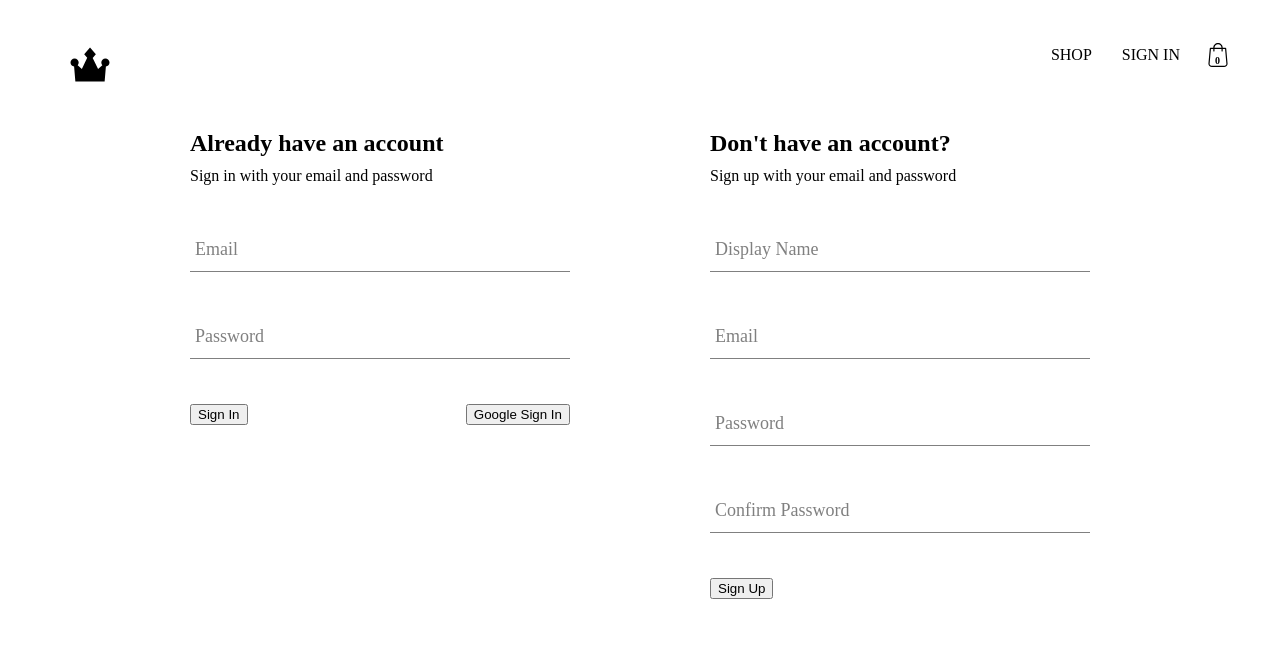
Repository: Chadi2000/crwn-clothing
Page: /auth
The author's editor kept a copy of each file at every save. The page is drawn from the files as they stood at one save, then again after a run of saves.
The browser window is 1280 px wide. The pictures show the whole page.
The page's requests for data from a server got no answer. The project was rebuilt for these pictures with package versions that can differ from the ones it lists, and the page was loaded fresh each time. No one was signed in, and anything a server would have sent is missing. Also part of the build but not shown: src/categories.styles.scss, src/components/directory-item/directory-item.styles.scss, src/components/directory-item/directory-item.component.jsx, src/components/directory/directory.styles.scss, src/components/directory/directory.component.jsx, src/routes/home/home.component.jsx, src/components/cart-dropdown/cart-dropdown.styles.scss, src/components/cart-item/cart-item.styles.scss and 15 more.

Above is the page before, as saved 2024-02-29 11:30:07.

### public/index.html
<!DOCTYPE html>
<html lang="en">
  <head>
    <meta charset="utf-8" />
    <link rel="icon" href="%PUBLIC_URL%/favicon.ico" />
    <meta name="viewport" content="width=device-width, initial-scale=1" />
    <meta name="theme-color" content="#000000" />
    <meta
      name="description"
      content="Web site created using create-react-app"
    />
    <link rel="apple-touch-icon" href="%PUBLIC_URL%/logo192.png" />
    <link rel="preconnect" href="https://fonts.googleapis.com">
    <link rel="preconnect" href="https://fonts.gstatic.com" crossorigin>
    <link
    href="https://fonts.googleapis.com/css2?family=Open+Sans:ital,wght@0,300..800;1,300..800&family=Roboto:wght@300&display=swap"
    rel="stylesheet">
    <!--
      manifest.json provides metadata used when your web app is installed on a
      user's mobile device or desktop. See https://developers.google.com/web/fundamentals/web-app-manifest/
    -->
    <link rel="manifest" href="%PUBLIC_URL%/manifest.json" />
    <!--
      Notice the use of %PUBLIC_URL% in the tags above.
      It will be replaced with the URL of the `public` folder during the build.
      Only files inside the `public` folder can be referenced from the HTML.

      Unlike "/favicon.ico" or "favicon.ico", "%PUBLIC_URL%/favicon.ico" will
      work correctly both with client-side routing and a non-root public URL.
      Learn how to configure a non-root public URL by running `npm run build`.
    -->
    <title>React App</title>
  </head>
  <body>
    <noscript>You need to enable JavaScript to run this app.</noscript>
    <div id="root"></div>
    <!--
      This HTML file is a template.
      If you open it directly in the browser, you will see an empty page.

      You can add webfonts, meta tags, or analytics to this file.
      The build step will place the bundled scripts into the <body> tag.

      To begin the development, run `npm start` or `yarn start`.
      To create a production bundle, use `npm run build` or `yarn build`.
    -->
  </body>
</html>

### src/index.js
import React from 'react';
import ReactDOM from 'react-dom/client';
import './index.scss';
import App from './App';
import reportWebVitals from './reportWebVitals';
import { BrowserRouter } from 'react-router-dom';
import { UserProvider } from './contexts/user.context';
import { CategoriesProvider } from './contexts/categories.context';
import { CartProvider } from './contexts/cart.context';

const root = ReactDOM.createRoot(document.getElementById('root'));
root.render(
  <React.StrictMode>
    <BrowserRouter>
      <UserProvider>
        <CategoriesProvider>
          <CartProvider>
            <App />
          </CartProvider>
        </CategoriesProvider>
      </UserProvider>
    </BrowserRouter>
  </React.StrictMode>
);

// If you want to start measuring performance in your app, pass a function
// to log results (for example: reportWebVitals(console.log))
// or send to an analytics endpoint. Learn more: https://bit.ly/CRA-vitals
reportWebVitals();

### src/index.scss
body {
  margin: 0;
  padding: 20px 40px;
  font-family: 'Open Sans'
    sans-serif;
    font-weight: 300 800;
  font-stretch: 100%;
  font-display: swap;
  -webkit-font-smoothing: antialiased;
  -moz-osx-font-smoothing: grayscale;
}

code {
  font-family: source-code-pro, Menlo, Monaco, Consolas, 'Courier New',
    monospace;
}

a{
  text-decoration: none;
  color: black;
}

* {
  box-sizing: border-box;
}

### src/App.js
import './categories.styles.scss';
import Home from './routes/home/home.component';
import { Routes, Route } from 'react-router-dom';
import Navigation from './routes/navigation/navigation.component';
import Authentication from './routes/authentication/authentication.component';
import Shop from './routes/shop/shop.component';
import Checkout from './routes/checkout/checkout.component';




const App = () => {


 return(
  <Routes>
    <Route path='/' element={<Navigation />}>
      <Route path='/' element={<Home />} />
      <Route path='shop/*' element={<Shop/>} />
      <Route path='/auth' element= {<Authentication />} />
      <Route path='/checkout' element={<Checkout />} />

    </Route>

  </Routes>
 );
}

export default App;

### src/contexts/user.context.jsx
import { createContext, useState, useEffect  } from "react";
import { createUserDocumentFromAuth, onAuthStateChangedListener } from "../utils/firebase/firebase.utils";

//as the actual value you want to access
export const  UserContext = createContext({
    currentUser:null,
    setCurrentUser: () => null
});

export const UserProvider = ({ children}) =>{
    const [currentUser, setCurrentUser] = useState(null);
    const value = {currentUser, setCurrentUser };

    useEffect(()=>{
        const unsubscribe = onAuthStateChangedListener((user) =>{
            if(user){
                createUserDocumentFromAuth(user);
            }
            setCurrentUser(user);
        });

        return unsubscribe;
    },[]);

    return <UserContext.Provider value={value}>
        {children}
    </UserContext.Provider>
}

### src/contexts/categories.context.jsx
import { createContext, useState, useEffect } from "react";
import { getCategoriesAndDocuments } from "../utils/firebase/firebase.utils.js";

import SHOP_DATA from '../shop-data.js'

export const CategoriesContext = createContext({
    categoriesMap:{},
});

export const CategoriesProvider = ({children}) =>{
    const [categoriesMap, setCategoriesMap] = useState({});

    useEffect(()=>{
        const getCategoriesMap = async () =>{
            const categoryMap = await getCategoriesAndDocuments();
            console.log(categoryMap)
            setCategoriesMap(categoryMap);
        }
        getCategoriesMap();
    },[])

    const value = {categoriesMap};
    return (

        <CategoriesContext.Provider value={value}>
            {children}
        </CategoriesContext.Provider>
    )
}

### src/contexts/cart.context.jsx
import { createContext, useState, useEffect } from "react";

const addCartItem= (cartItems, productToAdd) =>{
    const existingCartItem = cartItems.find((cartItem)=>
        cartItem.id === productToAdd.id
    )

    if(existingCartItem){
        return cartItems.map((cartItem) =>
        cartItem.id === productToAdd.id ?
        {...cartItem, quantity: cartItem.quantity + 1}
        : cartItem
        );
    }

    return [ ...cartItems, {...productToAdd, quantity:1}];
}


const clearCartItem= (cartItems, cartItemToClear) =>{
    return cartItems.filter((cartItem)=> cartItem.id !== cartItemToClear.id);

}



const removeCartItem = (cartItems, cartItemToRemove) => {
    const existingCartItem = cartItems.find((cartItem)=>
    cartItem.id === cartItemToRemove.id);

    if(existingCartItem.quantity === 1){
        return cartItems.filter((cartItem)=>
            cartItem.id !== cartItemToRemove.id
        );
    }
    return cartItems.map((cartItem)=>
    cartItem.id === cartItemToRemove.id ?
    {...cartItem, quantity: cartItem.quantity -1}
    : cartItem
)
}

export const CartContext = createContext({
    isCartOpen: false,
    setIsCartOpen: () =>{},
    cartItems:[],
    addItemToCart: () =>{},
    removeItemFromCart: () =>{},
    clearItemFromCart: () =>{},
    cartCount: 0,
    cartTotal:0
})

export const CartProvider = ({children}) =>{
    const [isCartOpen, setIsCartOpen] = useState(false);
    const [cartItems, setCartItems] = useState([]);
    const [cartCount, setCartCount] = useState(0);
    const [cartTotal, setCartTotal] = useState(0);

    useEffect(()=>{
        const newCartCount = cartItems.reduce((total, cartItem)=>
        total+ cartItem.quantity,0)
        setCartCount(newCartCount);
    },[cartItems])

    useEffect(()=>{
        const newCartTotal = cartItems.reduce(
            (total,cartItem)=>total+ cartItem.quantity * cartItem.price,
            0
        );
        setCartTotal(newCartTotal);
    },[cartItems]);

    const addItemToCart = (productToAdd) =>{
        setCartItems(addCartItem(cartItems, productToAdd))
    }

    const removeItemFromCart = (cartItemToRemove) =>{
        setCartItems(removeCartItem(cartItems, cartItemToRemove))
    }

    const clearItemFromCart = (cartItemToClear) =>{
        setCartItems(clearCartItem(cartItems, cartItemToClear));
    }




    const value = {
        isCartOpen,
        setIsCartOpen,
        addItemToCart,
        removeItemFromCart,
        clearItemFromCart,
        cartItems,
        cartCount,
        cartTotal
        }

    return (
        <CartContext.Provider value={value}>
            {children}
        </CartContext.Provider>
    )
}

### src/routes/navigation/navigation.component.jsx
import { Outlet } from "react-router-dom"
import { Fragment, useContext } from "react";
import { ReactComponent as CrwnLogo } from "../../assets/crown.svg";
//import './navigation.styles.jsx';
import { UserContext } from "../../contexts/user.context";
import { CartContext } from "../../contexts/cart.context";
import { signOutUser } from "../../utils/firebase/firebase.utils";
import CartIcon from "../../components/cart-icon/cart-icon.component";
import CartDropdown from "../../components/cart-dropdown/cart-dropdown.component";
import {
  NavigationContainer,
   NavLinksContainer,
    NavLink, LogoContainer } from "./navigation.styles.jsx";

const Navigation = () =>{
  const { currentUser } = useContext(UserContext);
  const { isCartOpen } = useContext(CartContext);

    return (
      <Fragment>
        <NavigationContainer>
            <LogoContainer to='/'>
                <CrwnLogo />
            </LogoContainer>

          <NavLinksContainer >
            <NavLink to='/shop'>
                SHOP
            </NavLink>
            {
              currentUser ? (
                <NavLink as='span' onClick={signOutUser}> SIGN OUT</NavLink>
               ) : (<NavLink to='/auth'>
                SIGN IN
            </NavLink>
              )}
              <CartIcon />
          </NavLinksContainer>
          {isCartOpen && <CartDropdown />}
        </NavigationContainer>
        <Outlet />
      </Fragment>
    )
  }

  export default Navigation;

### src/routes/authentication/authentication.component.jsx
import SignUpForm from "../../components/sign-up-form/sign-up-form.component";
import SignInForm from "../../components/sign-in-form/sign-in-form.component";
import './authentication.styles.scss';


const Authentication  = () => {

    return(
        <div className="authentication-container">
            <SignInForm />
            <SignUpForm />
        </div>
    )
}

export default Authentication;

### src/components/cart-icon/cart-icon.component.jsx
import './cart-icon.styles.scss';
import { useContext } from 'react';
import {ReactComponent as ShoppingIcon} from '../../assets/shopping-bag.svg'
import { CartContext } from '../../contexts/cart.context';

const CartIcon = ()=> {
    const { isCartOpen , setIsCartOpen, cartCount } = useContext( CartContext );


    const toggleIsCartOpen = () => setIsCartOpen(!isCartOpen);


    return (
        <div className='cart-icon-container' onClick={toggleIsCartOpen} >
            <ShoppingIcon className='shopping-icon' />
            <span className='item-count'>{cartCount}</span>
        </div>
    )
}

export default CartIcon;

### src/routes/navigation/navigation.styles.jsx
import styled from "styled-components";
import { Link } from "react-router-dom";

export const NavigationContainer = styled.div`
    height: 70px;
    width: 100%;
    display: flex;
    justify-content: space-between;
    margin-bottom: 25px;
`;

export const LogoContainer = styled(Link)`
    height: 100%;
    width: 70px;
    padding: 25px;
`;

export const NavLinksContainer = styled.div`
    width: 50%;
    height: 100%;
    display: flex;
    align-items: center;
    justify-content: flex-end;
`;

export const NavLink = styled(Link)`
    padding: 10px 15px;
    cursor: pointer;
`;

### src/components/sign-up-form/sign-up-form.component.jsx
import { useState } from "react";
import { createAuthUserWithEmailAndPassword, createUserDocumentFromAuth } from "../../utils/firebase/firebase.utils";
import FormInput from "../form-input/form-input.component";
import './sign-up-form.styles.scss';
import Button from "../button/button.component";

const defaultFormFields ={
    displayName: '',
    email:'',
    password:'',
    confirmPassword: ''
}

const SignUpForm =() =>{

    const [formFields, setFormFields] = useState(defaultFormFields);
    const { displayName, email, password, confirmPassword} = formFields;



    console.log('hit');

    const resetFormFields = () =>{
        setFormFields(defaultFormFields);
    }

    const handleSubmit = async(event) =>{
        event.preventDefault();

        if(password != confirmPassword){
            alert("password do not match");
            return;
        }

        try{
            const {user} = await createAuthUserWithEmailAndPassword(email, password);


            await createUserDocumentFromAuth(user,{ displayName });
            resetFormFields();


        }catch(error){
            if(error.code ==  'auth/email-already-in-use'){
                alert('Cannot create user, email already in use');
            } else{
                console.log('user created encountered an error', error);
            }

        }
    }



    const handlechange = (event) =>{

        setFormFields({...formFields, [event.target.name]:event.target.value})
    }

    return (


        <div className="sign-up-container">
            <h2>Don't have an account?</h2>
            <span>Sign up with your email and password</span>
            <form onSubmit={handleSubmit}>
                <FormInput
                label="Display Name"
                inputOptions = {{
                    type:"text",
                    required:true,
                    onChange:handlechange,
                    name:"displayName",
                    value : displayName,
                    }}
                     />

                <FormInput
                label="Email"
                inputOptions = {{
                    type:"email",
                    required:true,
                    onChange:handlechange,
                    name:"email",
                    value : email,
                    }}
                     />

                <FormInput
                label="Password"
                inputOptions = {{
                    type:"password",
                    required:true,
                    onChange:handlechange,
                    name:"password",
                    value : password,
                    }}
                     />

                <FormInput
                label="Confirm Password"
                inputOptions = {{
                    type:"password",
                    required:true,
                    onChange:handlechange,
                    name:"confirmPassword",
                    value : confirmPassword,
                    }}
                     />


                <Button type="submit">Sign Up</Button>
            </form>
        </div>
    )
}

export default SignUpForm;

### src/components/sign-in-form/sign-in-form.component.jsx
import { useState } from "react";
import { signInWithGooglePopup , createUserDocumentFromAuth,
    signInAuthUserWithEmailAndPassword} from "../../utils/firebase/firebase.utils";
import FormInput from "../form-input/form-input.component";
import './sign-in-form.styles.scss';
import Button from "../button/button.component";


const defaultFormFields ={
    email:'',
    password:'',
}

const SignInForm =() =>{

    const [formFields, setFormFields] = useState(defaultFormFields);
    const { email, password} = formFields;


    console.log(formFields);

    const resetFormFields = () =>{
        setFormFields(defaultFormFields);
    }

    const signInWithGoogle = async () =>{
         await signInWithGooglePopup();
    }

    const handleSubmit = async(event) =>{
        event.preventDefault();


        try{
            const { user } = await signInAuthUserWithEmailAndPassword(
                email,
                password
            );
            resetFormFields();
            //setCurrentUser(user);


        }catch(error){
            switch(error.code){
                case 'auth/wrong-password':
                    alert('incorrect password for email');
                    break
                case 'auth/invalid-credential':
                    alert('no user associated with this email');
                    break;
                default:
                    console.log(error);
            }

        }
    }



    const handlechange = (event) =>{

        setFormFields({...formFields, [event.target.name]:event.target.value})
    }

    return (


        <div className="sign-up-container">
            <h2>Already have an account</h2>
            <span>Sign in with your email and password</span>
            <form onSubmit={handleSubmit}>
                <FormInput
                label="Email"
                inputOptions = {{
                    type:"email",
                    required:true,
                    onChange:handlechange,
                    name:"email",
                    value : email,
                    }}
                     />

                <FormInput
                label="Password"
                inputOptions = {{
                    type:"password",
                    required:true,
                    onChange:handlechange,
                    name:"password",
                    value : password,
                    }}
                     />


                    <div className="buttons-container">
                        <Button type="submit">Sign In</Button>
                        <Button type='button' buttonType='google' onClick={signInWithGoogle}>
                            Google Sign In</Button>
                    </div>


            </form>
        </div>
    )
}

export default SignInForm;

### src/routes/authentication/authentication.styles.scss
.authentication-container{
    display: flex;
    width: 900px;
    justify-content: space-between;
    margin: 30px auto;

}

### src/components/cart-icon/cart-icon.styles.scss
.cart-icon-container{
    width: 45px;
    height: 45px;
    position: relative;
    display: flex;
    align-items: center;
    justify-content: center;
    cursor: pointer;

    .shopping-icon{
        height: 24px;
        width: 24px;
    }

    .item-count{
        position: absolute;
        font-size: 10px;
        font-weight: bold;
        bottom: 12px;
    }
}

### src/components/button/button.component.jsx
import './button.styles.jsx';

const BUTTON_TYPES_CLASSES = {
    google:'google-sign-in',
    inverted:'inverted',

}

const Button = ({ children, buttonType, ...otherProps }) =>{
    return(
        <button className={`button-container ${BUTTON_TYPES_CLASSES[buttonType]}`}
        {...otherProps}
        >
            {children}
        </button>
    )
}

export default Button;

### src/components/form-input/form-input.component.jsx
import './form-input.styles.scss';


const FormInput = ({label, inputOptions}) =>{
    return (
        <div className="group">
            <input className="form-input" {...inputOptions} />
            {
                label &&(
            <label className={`${inputOptions.value.length ? 'shrink': ''}
            form-input-label`}>{label}</label>)}



        </div>

    )
}
export default FormInput;

### src/components/sign-in-form/sign-in-form.styles.scss
.sign-up-container{
    display: flex;
    flex-direction: column;
    width: 380px;

    h2{
        margin: 10px 0;
    }
    .buttons-container{
     display: flex;
     justify-content: space-between;
    }
}

### src/components/button/button.styles.jsx

import styled from "styled-components";

export const BaseButton = styled.button`
min-width: 165px;
width: auto;
min-height: 50px;
letter-spacing: 0.5px;
line-height: 50px;
//padding: 0px 35px;
font-size: 15px;
background-color: black;
color: white;
text-transform: uppercase;
font-family: "Open Sans Condensed", serif;
font-weight: bolder;
border: 1px solid;
cursor: pointer;
display: flex;
justify-content: center;
transition: all 0.25s ease 0s;
&:hover{
    background-color: white;
    color: black;
    border: 1px solid black;
}
`;

export const GoogleSignInButton = styled(BaseButton)`
background-color: #4285f4;
color:white;
&:hover{
    background-color: #357ae8;
    border: none;
}
`;

export const InvertedButton = styled(BaseButton)`
background-color: white;
color: black;
border: 1px solid black;

&:hover {
    background-color: black;
    color: white;
    border:none;
}
`;

### src/components/form-input/form-input.styles.scss
$sub-color: grey;
$main-color: black;

@mixin shrinkLabel{
    top: -14px;
    font-size: 12px;
    color:$main-color ;
}

.group{
    position: relative;
    margin: 45px 0;
    .form-input{
        background: none;
        background-color: white;
        color:$sub-color;
        font-size: 18px;
        padding: 10px 10px 10px 5px;
        display: block;
        width: 100%;
        border: none;
        border-radius: 0;
        border-bottom: 1px solid $sub-color;
        border-top: none;
        border-right: none;
        border-left: none;
        margin: 25px 0;

        &:focus{
            outline: none;
        }
        &:focus ~ .form-input-label{
            @include shrinkLabel();
        }
    }

    input[type='password']{
        letter-spacing: 0.3em;
    }

    .form-input-label{
        color: $sub-color;
        font-size: 18px;
        font-weight: normal;
        position: absolute;
        pointer-events: none;
        left: 5px;
        top: 10px;
        transition: all 300ms ease 0s;
        line-height: 1;
        &.shrink{
            @include shrinkLabel()
        }

    }


}

Loaded but not shown: src/reportWebVitals.js (common file); src/components/sign-up-form/sign-up-form.styles.scss (common file); src/shop-data.js (250 lines, source omitted); src/utils/firebase/firebase.utils.js (128 lines, source omitted)

After the next 4 saves:
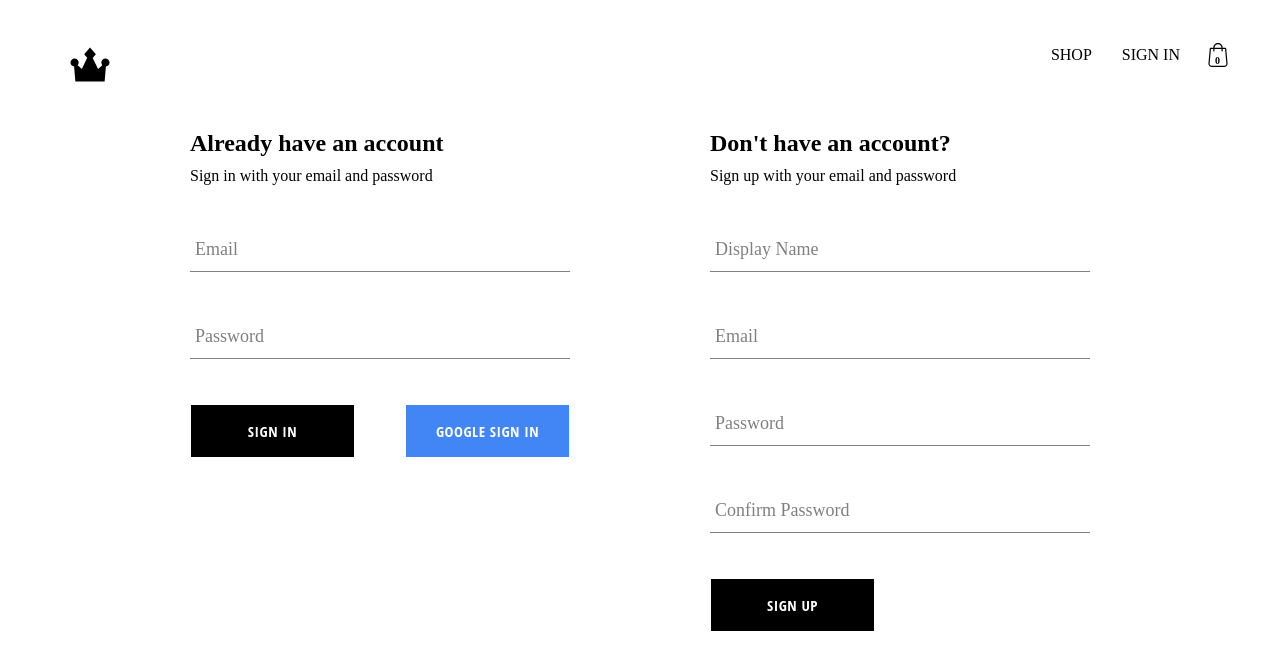
The 4 saves are shown as one change because 3 did not build or start.
The last was saved 2 h 56 min later.
--- a/src/components/sign-in-form/sign-in-form.component.jsx
+++ b/src/components/sign-in-form/sign-in-form.component.jsx
@@ -3,7 +3,7 @@ import { signInWithGooglePopup , createUserDocumentFromAuth,
     signInAuthUserWithEmailAndPassword} from "../../utils/firebase/firebase.utils";
 import FormInput from "../form-input/form-input.component";
 import './sign-in-form.styles.scss';
-import Button from "../button/button.component";
+import Button, { BUTTON_TYPE_CLASSES } from "../button/button.component";
 
 
 const defaultFormFields ={
@@ -94,7 +94,7 @@ const SignInForm =() =>{
 
                     <div className="buttons-container">
                         <Button type="submit">Sign In</Button>
-                        <Button type='button' buttonType='google' onClick={signInWithGoogle}>
+                        <Button type='button' buttonType={BUTTON_TYPE_CLASSES.google} onClick={signInWithGoogle}>
                             Google Sign In</Button>
                     </div>
 
--- a/src/components/button/button.component.jsx
+++ b/src/components/button/button.component.jsx
@@ -1,18 +1,26 @@
-import './button.styles.jsx';
+import { BaseButton, GoogleSignInButton, InvertedButton } from './button.styles.jsx';
 
-const BUTTON_TYPES_CLASSES = {
+export const BUTTON_TYPE_CLASSES = {
+    base: 'base',
     google:'google-sign-in',
     inverted:'inverted',
 
 }
 
+const getButton = (buttonType = BUTTON_TYPE_CLASSES.base)=>(
+    {
+        [BUTTON_TYPE_CLASSES.base]: BaseButton,
+        [BUTTON_TYPE_CLASSES.google]: GoogleSignInButton,
+        [BUTTON_TYPE_CLASSES.inverted]: InvertedButton
+    }[buttonType]
+)
+
 const Button = ({ children, buttonType, ...otherProps }) =>{
+    const CustomButton = getButton(buttonType);
     return(
-        <button className={`button-container ${BUTTON_TYPES_CLASSES[buttonType]}`}
-        {...otherProps}
-        >
+        <CustomButton {...otherProps}>
             {children}
-        </button>
+        </CustomButton>
     )
 }
 
